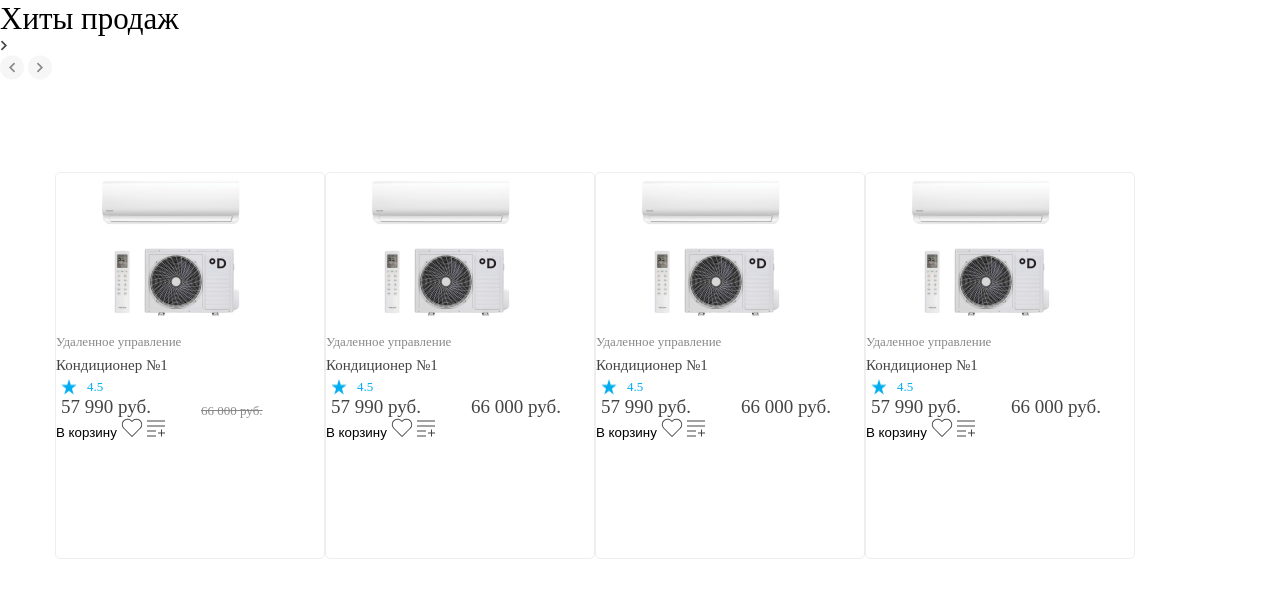
Repository: NikaMana/us
Page: index.html
An editor plug-in stored every save of this project. The page is shown before and after the next save, followed by the edit.
The browser window is 1280 px wide. The pictures show the whole page.

Above is the page before, as saved 2021-09-15 15:36:30.

### index.html
<!DOCTYPE html>
<html lang="ru">
<head>
    <meta charset="utf-8">
    <title>Main page</title>
    <meta name="viewport" content="widht=1100, initial-scale=1.0">
    <link rel="stylesheet" href="./styles.css">


</head>
<body>
<div class="welcome">
  <div class="welcome__container">
    <div class="welcome__up">
      <div class="welcome__left">
        <h1 class="welcome__hits">Хиты продаж</h1>
        <img class="welcome__arr" src="/img/arrbl.png" alt="blackarrow">
      </div>
      <div class="welcome__right">
        <img class="welcome__arr-left" src="/img/arrleft.png" alt="arrowleft">
        <img class="welcome__arr-right" src="/img/arrright.png" alt="arrowright">
      </div>
    </div>
      <div class="welcome__block-container">
        <div class="welcome__block">
          <img class="welcome__pic" src="/img/pic1.png" alt="condition">
          <h4 class="welcome__control">Удаленное управление</h4>
          <h3 class="welcome__condition">Кондиционер №1</h3>
          <div class="welcome__rating">
            <img class="welcome__star" src="/img/Star.png" alt="star">
            <span class="welcome__score">4.5</span>
          </div>
          <div class="welcome__price">
            <h2 class="welcome__price-current">57 990 руб.</h2>
            <h3 class="welcome__price-past">66 000 руб.</h3>
          </div>
          <div class="welcome__adding">
            <button class="welcome__button">В корзину</button>
            <img class="welcome__like" src="/img/like.png" alt="like">
            <img class="welcome__plus" src="/img/add.png" alt="add">
          </div>
        </div>
        <div class="welcome__block">
          <img class="welcome__pic" src="/img/pic1.png" alt="condition">
          <h4 class="welcome__control">Удаленное управление</h4>
          <h3 class="welcome__condition">Кондиционер №1</h3>
          <div class="welcome__rating">
            <img class="welcome__star" src="/img/Star.png" alt="star">
            <span class="welcome__score">4.5</span>
          </div>
          <div class="welcome__price">
            <h2 class="welcome__price-current">57 990 руб.</h2>
            <h3 class="welcome__price-current">66 000 руб.</h3>
          </div>
          <div class="welcome__adding">
            <button class="welcome__button">В корзину</button>
            <img class="welcome__like" src="/img/like.png" alt="like">
            <img class="welcome__plus" src="/img/add.png" alt="add">
          </div>
        </div>
        <div class="welcome__block">
          <img class="welcome__pic" src="/img/pic1.png" alt="condition">
          <h4 class="welcome__control">Удаленное управление</h4>
          <h3 class="welcome__condition">Кондиционер №1</h3>
          <div class="welcome__rating">
            <img class="welcome__star" src="/img/Star.png" alt="star">
            <span class="welcome__score">4.5</span>
          </div>
          <div class="welcome__price">
            <h2 class="welcome__price-current">57 990 руб.</h2>
            <h3 class="welcome__price-current">66 000 руб.</h3>
          </div>
          <div class="welcome__adding">
            <button class="welcome__button">В корзину</button>
            <img class="welcome__like" src="/img/like.png" alt="like">
            <img class="welcome__plus" src="/img/add.png" alt="add">
          </div>
        </div>
        <div class="welcome__block">
          <img class="welcome__pic" src="/img/pic1.png" alt="condition">
          <h4 class="welcome__control">Удаленное управление</h4>
          <h3 class="welcome__condition">Кондиционер №1</h3>
          <div class="welcome__rating">
            <img class="welcome__star" src="/img/Star.png" alt="star">
            <span class="welcome__score">4.5</span>
          </div>
          <div class="welcome__price">
            <h2 class="welcome__price-current">57 990 руб.</h2>
            <h3 class="welcome__price-current">66 000 руб.</h3>
          </div>
          <div class="welcome__adding">
            <button class="welcome__button">В корзину</button>
            <img class="welcome__like" src="/img/like.png" alt="like">
            <img class="welcome__plus" src="/img/add.png" alt="add">
          </div>
        </div>
      </div>
  </div>
</div>
</body>

### styles.css
*{
  margin: 0;
  padding: 0;
  box-sizing: border-box;
}
button{
  border: none;
  background: no-repeat;
}
h1, h2,h3,h4,h5{
  font-family: none;
  font-size: none;
}
.welcome{
  position: absolute;
  width: 100%;
  height: 100%;
  z-index: 0;
}

.welcome__hits{
font-family: Gotham Pro;
font-size: 31px;
font-style: normal;
font-weight: 300;
line-height: 37px;
letter-spacing: 0em;
text-align: left;
}
.welcome__block-container{
  display: flex;
  flex-direction: row;
}
.welcome__block{
height: 387px;
width: 270px;
left: 55px;
top: 88px;
border-radius: 5px;
position: relative;
height: 387px;
left: 55px;
right: 955px;
top: 88px;
background: #FFFFFF;
border: 1px solid #EEEEEE;
box-sizing: border-box;
border-radius: 5px;
}
.welcome__pic{
height: 150px;
left: 20px;
right: 20px;
top: 20px;
}
.welcome__control{
  position: static;
width: 230px;
height: 19px;
left: 0px;
top: 0px;
font-family: Gotham Pro;
font-style: normal;
font-weight: normal;
font-size: 13px;
line-height: 19px;
color: #888888;
flex: none;
order: 0;
align-self: stretch;
flex-grow: 0;
margin: 5px 0px;
}
.welcome__condition{
  position: static;
width: 230px;
height: 18px;
left: 0px;
top: 0px;
font-family: Gotham Pro;
font-style: normal;
font-weight: normal;
font-size: 15px;
line-height: 18px;
color: #444444;
flex: none;
order: 0;
align-self: stretch;
flex-grow: 0;
margin: 5px 0px;
}
.welcome__rating{
  display: flex;
}
.welcome__star{
  position: static;
width: 16px;
height: 16px;
left: 0px;
top: 0px;
flex: none;
order: 0;
flex-grow: 0;
margin: 0px 5px;
}
.welcome__score{
  position: static;
width: 165px;
height: 15px;
left: 21px;
top: 0px;
font-family: Gotham Pro;
font-style: normal;
font-weight: normal;
font-size: 13px;
line-height: 15px;
display: flex;
align-items: center;
color: #00ADEF;
flex: none;
order: 1;
flex-grow: 1;
margin: 0px 5px;
}
.welcome__price{
  display: flex;
}
.welcome__price-current{
  position: static;
width: 130px;
height: 23px;
left: 0px;
top: 0px;
font-family: Gotham Pro;
font-style: normal;
font-weight: normal;
font-size: 19px;
line-height: 23px;
display: flex;
align-items: flex-end;
color: #444444;
flex: none;
order: 0;
flex-grow: 0;
margin: 0px 5px;
}
.welcome__price-past{
  position: static;
width: 103px;
height: 23px;
left: 135px;
top: 0px;
font-family: Gotham Pro;
font-style: normal;
font-weight: normal;
font-size: 13px;
line-height: 15px;
display: flex;
align-items: flex-end;
text-decoration-line: line-through;
color: #888888;
flex: none;
order: 1;
flex-grow: 0;
margin: 0px 5px;
}

After the next save:
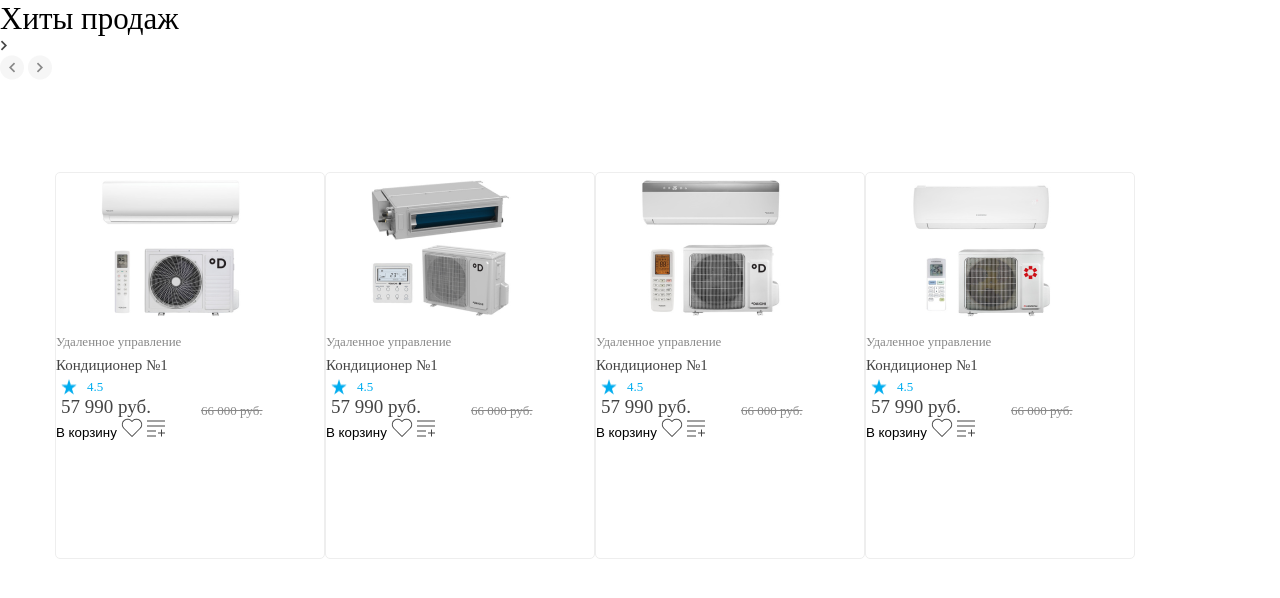
Saved 2 min 44 s later.
--- a/index.html
+++ b/index.html
@@ -41,7 +41,7 @@
           </div>
         </div>
         <div class="welcome__block">
-          <img class="welcome__pic" src="/img/pic1.png" alt="condition">
+          <img class="welcome__pic" src="/img/pic2.png" alt="condition">
           <h4 class="welcome__control">Удаленное управление</h4>
           <h3 class="welcome__condition">Кондиционер №1</h3>
           <div class="welcome__rating">
@@ -50,7 +50,7 @@
           </div>
           <div class="welcome__price">
             <h2 class="welcome__price-current">57 990 руб.</h2>
-            <h3 class="welcome__price-current">66 000 руб.</h3>
+            <h3 class="welcome__price-past">66 000 руб.</h3>
           </div>
           <div class="welcome__adding">
             <button class="welcome__button">В корзину</button>
@@ -59,7 +59,7 @@
           </div>
         </div>
         <div class="welcome__block">
-          <img class="welcome__pic" src="/img/pic1.png" alt="condition">
+          <img class="welcome__pic" src="/img/pic3.png" alt="condition">
           <h4 class="welcome__control">Удаленное управление</h4>
           <h3 class="welcome__condition">Кондиционер №1</h3>
           <div class="welcome__rating">
@@ -68,7 +68,7 @@
           </div>
           <div class="welcome__price">
             <h2 class="welcome__price-current">57 990 руб.</h2>
-            <h3 class="welcome__price-current">66 000 руб.</h3>
+            <h3 class="welcome__price-past">66 000 руб.</h3>
           </div>
           <div class="welcome__adding">
             <button class="welcome__button">В корзину</button>
@@ -77,7 +77,7 @@
           </div>
         </div>
         <div class="welcome__block">
-          <img class="welcome__pic" src="/img/pic1.png" alt="condition">
+          <img class="welcome__pic" src="/img/pic4.png" alt="condition">
           <h4 class="welcome__control">Удаленное управление</h4>
           <h3 class="welcome__condition">Кондиционер №1</h3>
           <div class="welcome__rating">
@@ -86,7 +86,7 @@
           </div>
           <div class="welcome__price">
             <h2 class="welcome__price-current">57 990 руб.</h2>
-            <h3 class="welcome__price-current">66 000 руб.</h3>
+            <h3 class="welcome__price-past">66 000 руб.</h3>
           </div>
           <div class="welcome__adding">
             <button class="welcome__button">В корзину</button>
